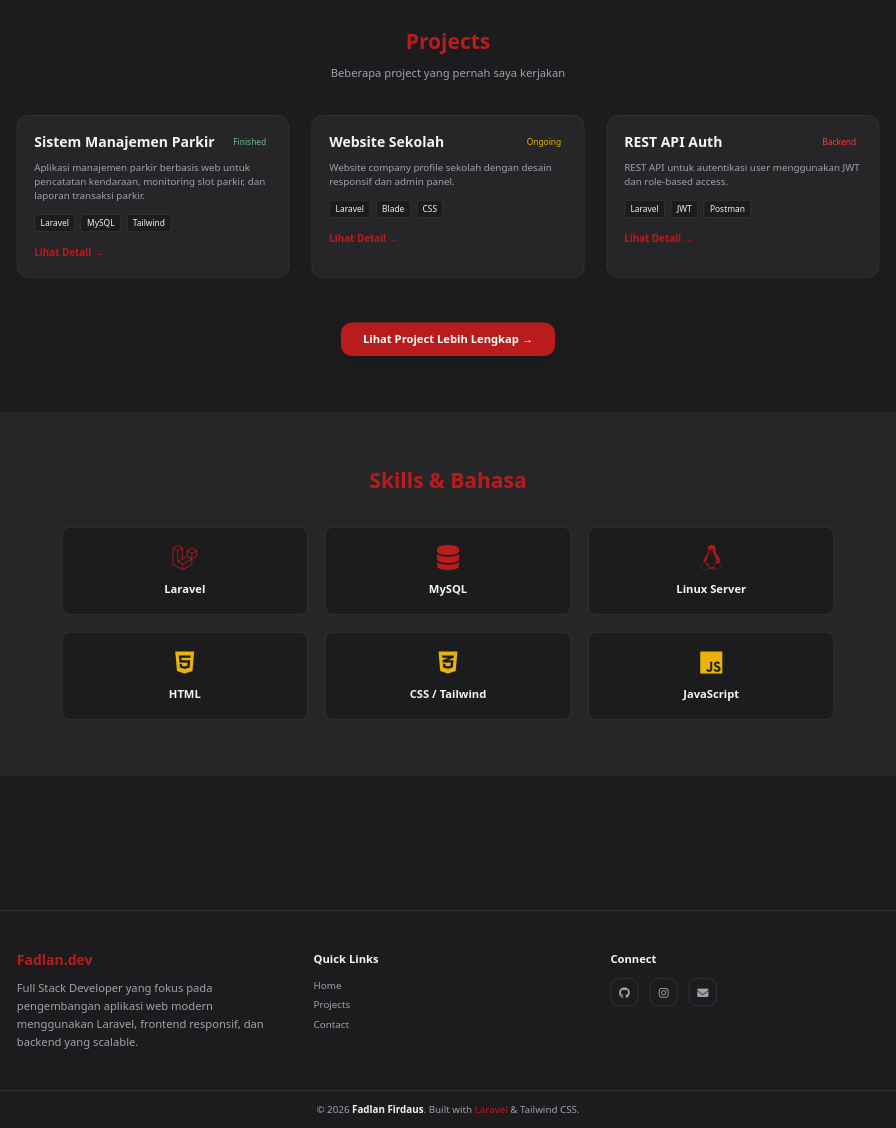
Repository: Fadlan079/Personal-Portfolio
Page: http://localhost/
An editor plug-in stored every save of this project. The page is shown before and after the next save, followed by the edit.
The browser window is 1280 px wide. The pictures show the part of the page from y = 2481 to 4401 px (the page is 4092 px tall before and 4401 px after), at 70% of full size.
Some web libraries are served in a nearby version. The page is served by the project's Laravel application, run on PHP 8.4 with Laravel 12.

Above is the page before, as saved 2026-01-15 09:18:30.

After the next save:
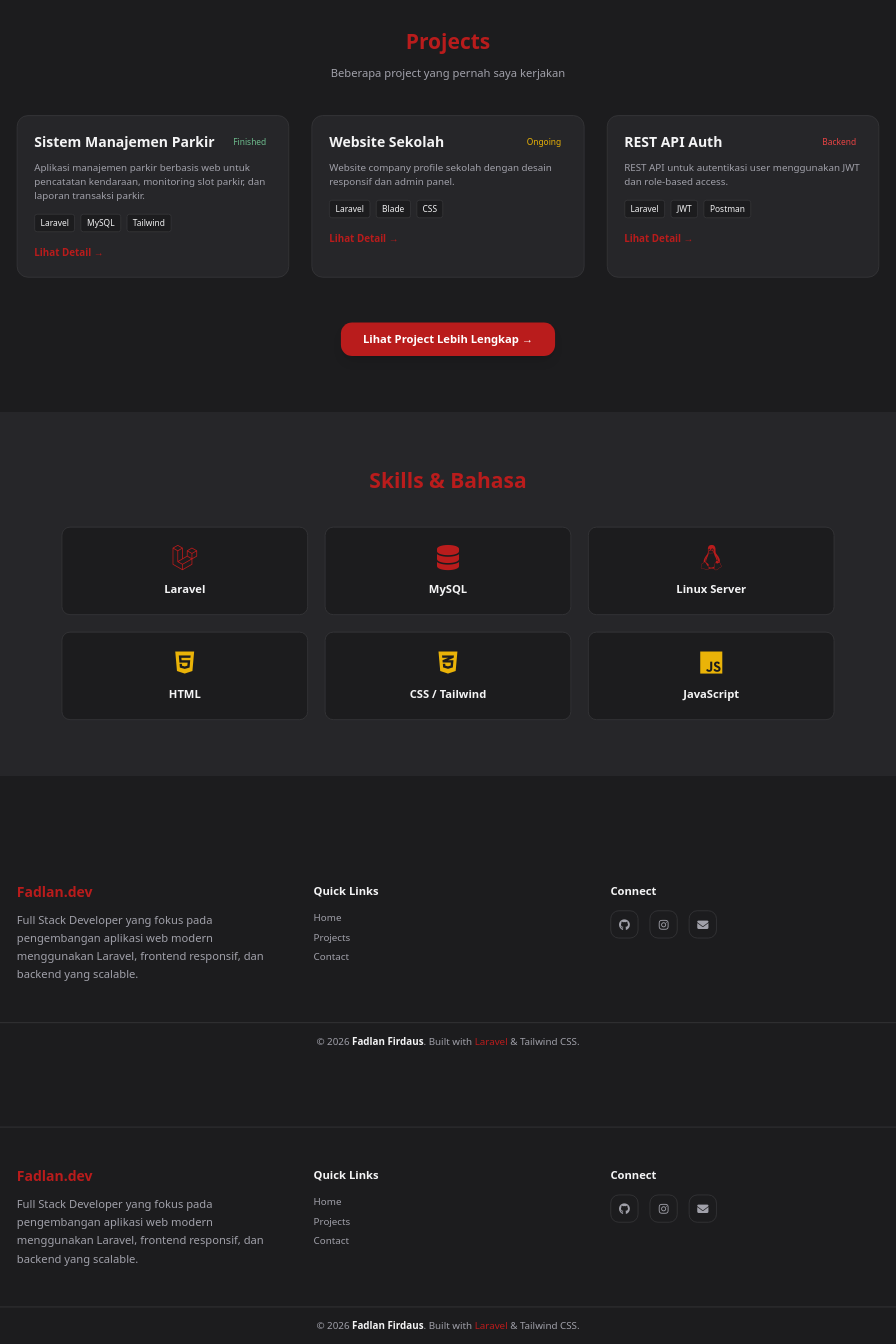
Saved 7 s later.
--- a/resources/views/portofolio.blade.php
+++ b/resources/views/portofolio.blade.php
@@ -123,7 +123,7 @@
   </div>
 </section>
 
-<section id="contact" class="py-24 bg-bg"></section>
+<section id="contact" class="py-24 bg-bg">@include('components.footer')</section>
 
 
   <footer class="relative border-t border-border bg-bg">@include('components.footer')</footer>
